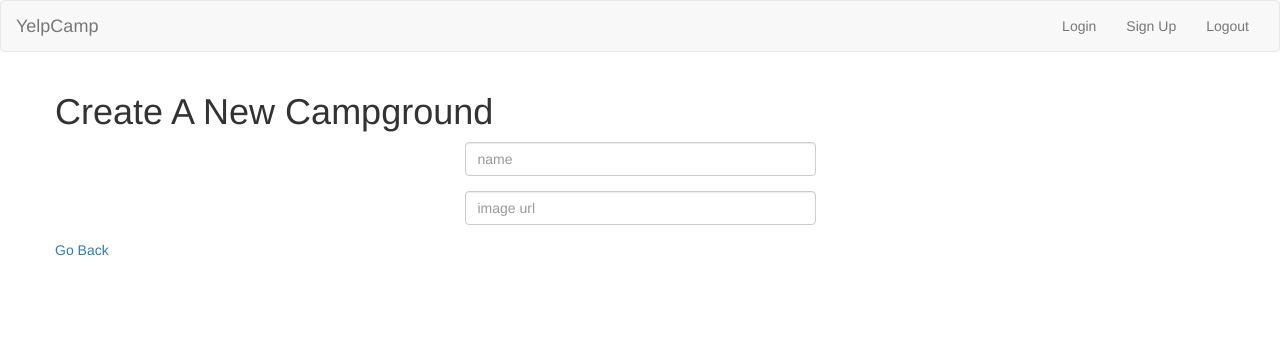
Repository: demioke/web-development-bootcamp
Page: http://localhost/campgrounds/new
The author's editor kept a record of every edit. The page is drawn from the files as they stood at one moment, then again after the next edit.
The browser window is 1280 px wide. The pictures show the whole page.
The page is served by the project's Node server (YelpCamp/v1/app.js).

Above is the page before.

### YelpCamp/v1/views/new.ejs
<% include partials/header %>

<div class="container">
    <div class="row">
        <h1>Create A New Campground</h1>
        <div style="width: 30%; margin: 0 auto;">
            <form action="/campgrounds" method="POST">
                <div class="form-group">
                    <input class="form-control" type="text" name="name" placeholder="name">
                </div>
                <div class="form-group">
                    <input class="form-control" type="text" name="image" placeholder="image url">
                </div>
                <div class="form-group">

                </div>



            </form>
        </div>

        <a href="/campgrounds">Go Back</a>
    </div>
</div>


<% include partials/footer %>

### YelpCamp/v1/views/partials/header.ejs
<!DOCTYPE html>
<html>
    <head>
        <title>YelpCamp</title>
        <link rel="stylesheet" href="https://stackpath.bootstrapcdn.com/bootstrap/3.3.5/css/bootstrap.min.css">
    </head>
    <body>

    <nav class="navbar navbar-default">
        <div class="container-fluid">
            <div class="navbar-header">
                <a class="navbar-brand" href="/">YelpCamp</a>
            </div>
            <div class="collapse navbar-collapse">
                <ul class="nav navbar-nav navbar-right">
                    <li><a href="/">Login</a></li>
                    <li><a href="/">Sign Up</a></li>
                    <li><a href="/">Logout</a></li>
                </ul>
            </div>
        </div>
    </nav>

### YelpCamp/v1/views/partials/footer.ejs
     </body>
</html>

### YelpCamp/v1/app.js
var express = require("express");
var app = express();
var bodyParser = require("body-parser");

app.use(bodyParser.urlencoded({extended: true}));
app.set("view engine", "ejs");

var campgrounds = [
        {name: "Salmon Creek", image:"https://farm9.staticflickr.com/8041/7930201874_6c17ed670a.jpg"},
        {name: "Granite Hill", image:"https://farm8.staticflickr.com/7205/7121863467_eb0aa64193.jpg"},
        {name: "Mountain Goat's Rest", image:"https://pixabay.com/get/e83db50929f0033ed1584d05fb1d4e97e07ee3d21cac104497f9c67eafe4b1be_340.jpg"}
];

app.get("/", function(req, res) {
    res.render("landing");
});

app.get("/campgrounds", function(req, res) {
    res.render("campgrounds", {campgrounds: campgrounds});
});

app.post("/campgrounds", function(req, res) {
    //get data from form and add to campgrounds array
    var name = req.body.name;  //body-parser allows us to obtain the body req as an object. ".name" is the name attr in form on new.ejs
    var image = req.body.image;
    var newCampground = {name: name, image: image}; //creating new campground object
    campgrounds.push(newCampground); //adding new campground to campgrounds array
    //redirect back to campgrounds page
    res.redirect("/campgrounds"); //redirects as get request
});

app.get("/campgrounds/new", function(req, res) {
    res.render("new.ejs"); //form for adding new campgrounds
});




app.listen(process.env.PORT, process.env.IP, function() {
    console.log("The YelpCamp Server has started");
});

After the next edit:
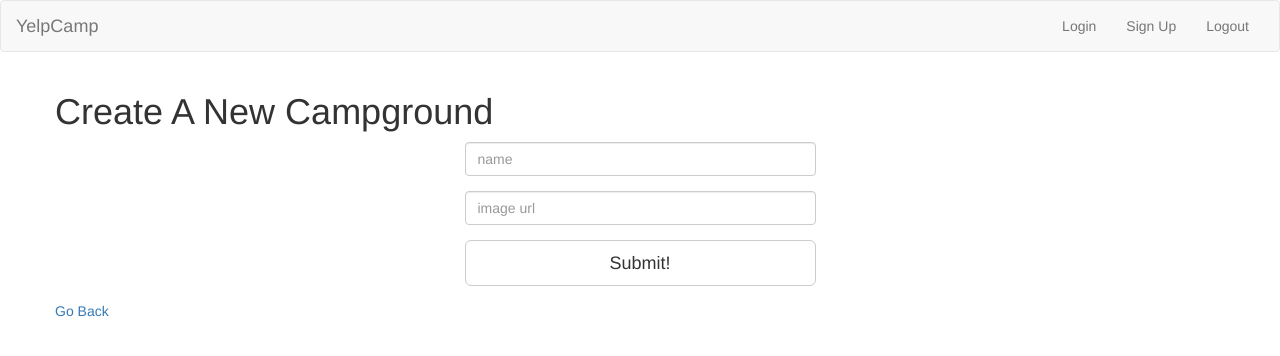
The edit:
--- a/YelpCamp/v1/views/new.ejs
+++ b/YelpCamp/v1/views/new.ejs
@@ -12,7 +12,7 @@
                     <input class="form-control" type="text" name="image" placeholder="image url">
                 </div>
                 <div class="form-group">
-
+                    <button class="btn btn-lg btn-default btn-block">Submit!</button>
                 </div>
 
 
